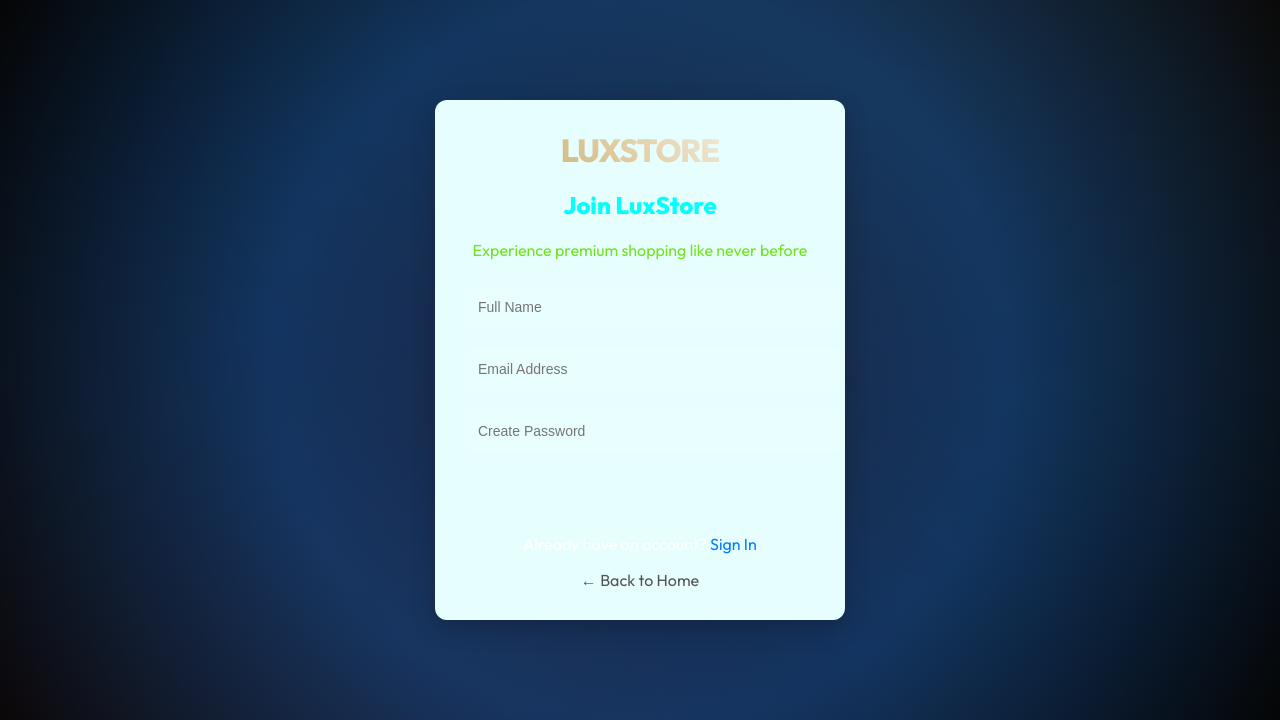
Repository: pradeepkumarh-17/Ecommerce
Page: http://localhost/EcomStore/views/auth/register.jsp
These files come from the project's save history. The page is drawn as it stood at one moment and after the next save; the edit follows.
The browser window is 1280 px wide. The pictures show the whole page.
Some web libraries are served in a nearby version. The page is served by Tomcat 10.

Above is the page before, as saved 2026-05-03 08:02:30.

After the next save:
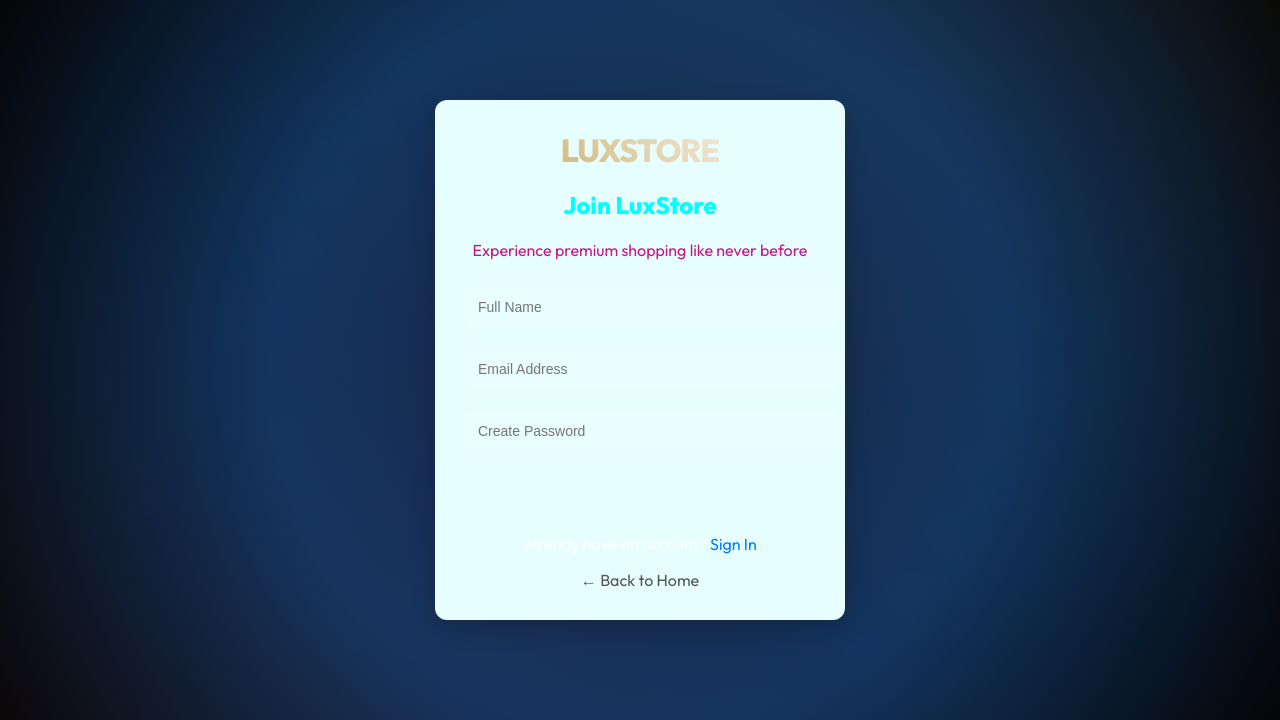
Saved 70 s later.
--- a/EcomStore/src/main/webapp/assets/css/auth.css
+++ b/EcomStore/src/main/webapp/assets/css/auth.css
@@ -30,7 +30,7 @@ body {
 }
 
 .subtitle{
-	color: #71e31c;
+	color: #c71585;
 }
 
 /* INPUT */
